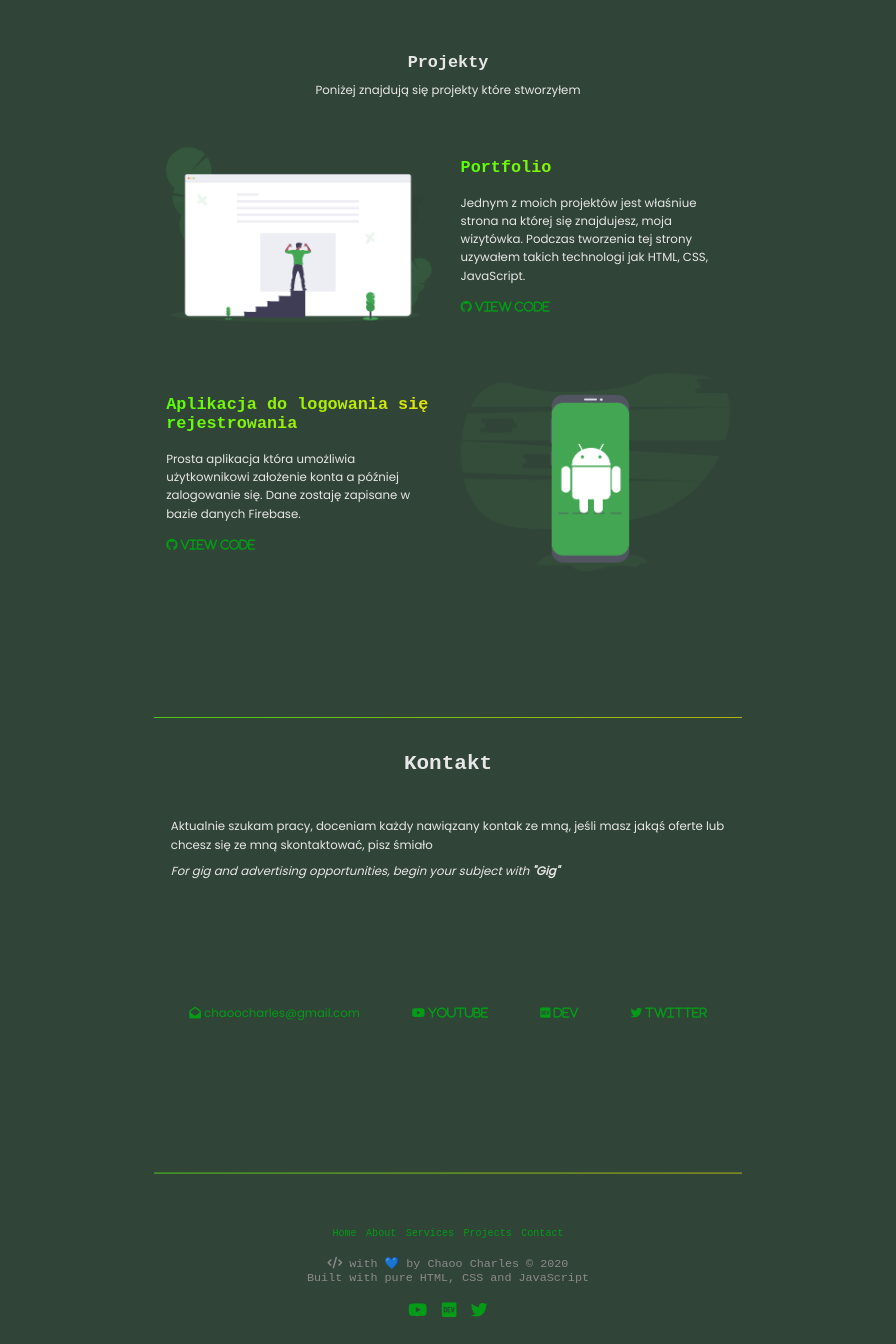
Repository: BartekUroda/portfolio
Page: index.html
The author's editor kept a copy of each file at every save. The page is drawn from the files as they stood at one save, then again after the next save.
The browser window is 1280 px wide. The pictures show the part of the page from y = 2125 to 4045 px (the page is 4045 px tall before and 4008 px after), at 70% of full size.
Some web fonts or font styles are not loaded; a fallback is used. Some web libraries are served in a nearby version.

Above is the page before, as saved 2020-10-27 22:17:55.

After the next save:
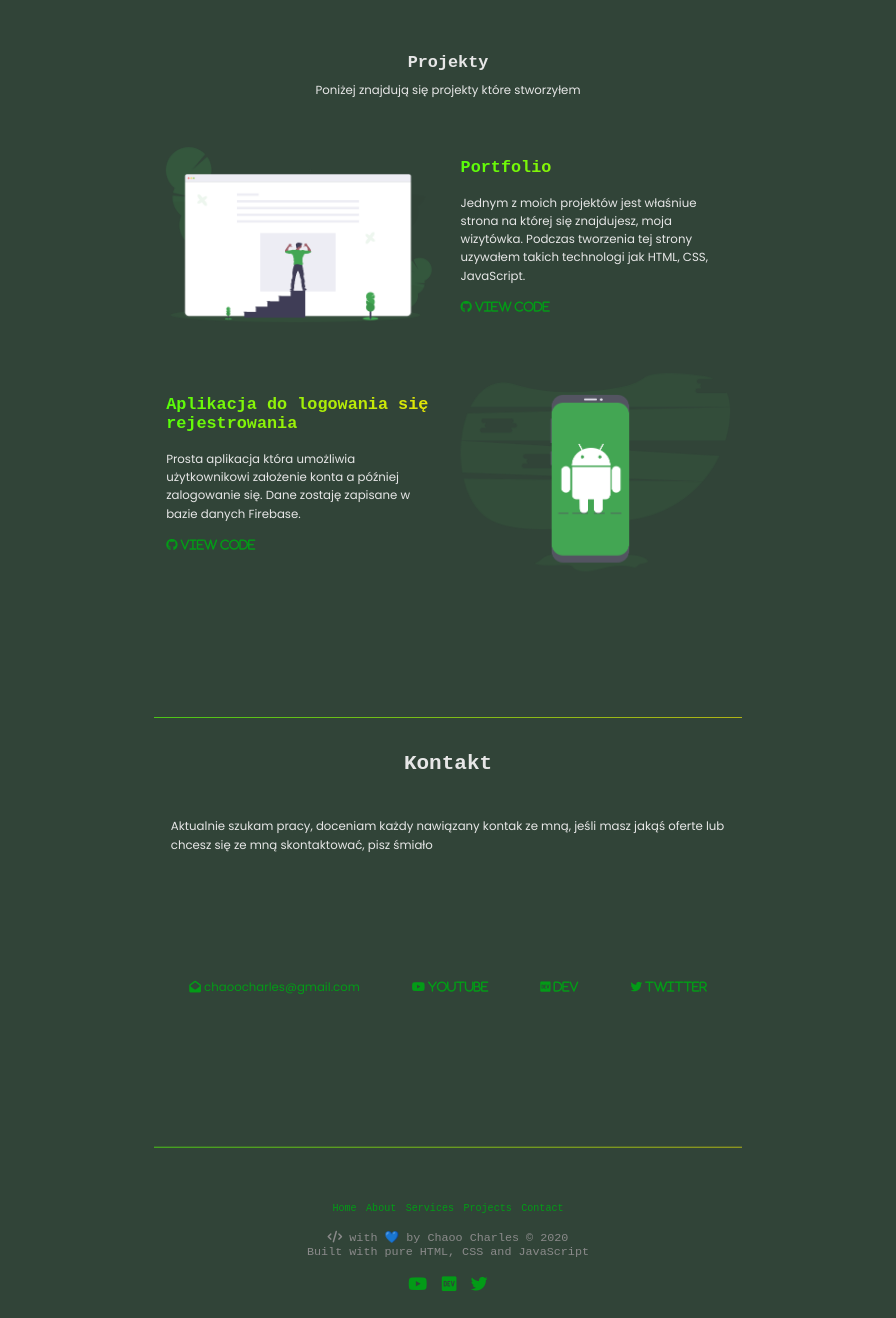
Saved 24 s later.
--- a/index.html
+++ b/index.html
@@ -218,12 +218,6 @@
           Aktualnie szukam pracy, doceniam każdy nawiązany kontak ze mną, jeśli masz
           jakąś oferte lub chcesz się ze mną skontaktować, pisz śmiało
         </p>
-        <p>
-          <i
-            >For gig and advertising opportunities, begin your subject with
-            <strong>"Gig"</strong></i
-          >
-        </p>
         <div class="container">
           <p>
             <a href="mailto:chaoocharles@gmail.com"
